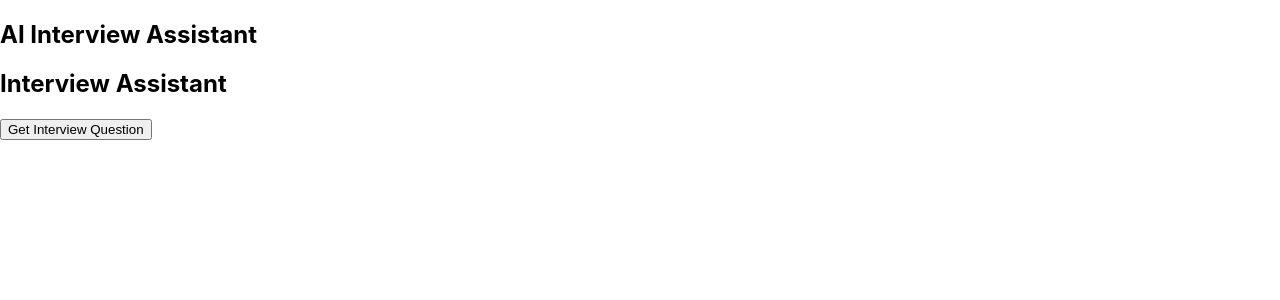
Repository: Atharva-1512/ai-interview-assistant
Page: / (app in frontend/)
The author's editor kept a copy of each file at every save. The page is drawn from the files as they stood at one save, then again after a run of saves.
The browser window is 1280 px wide. The pictures show the whole page.
The project was rebuilt for these pictures with package versions that can differ from the ones it lists, and the page was loaded fresh each time.

Above is the page before, as saved 2026-03-11 03:34:28.

After the next 3 saves:
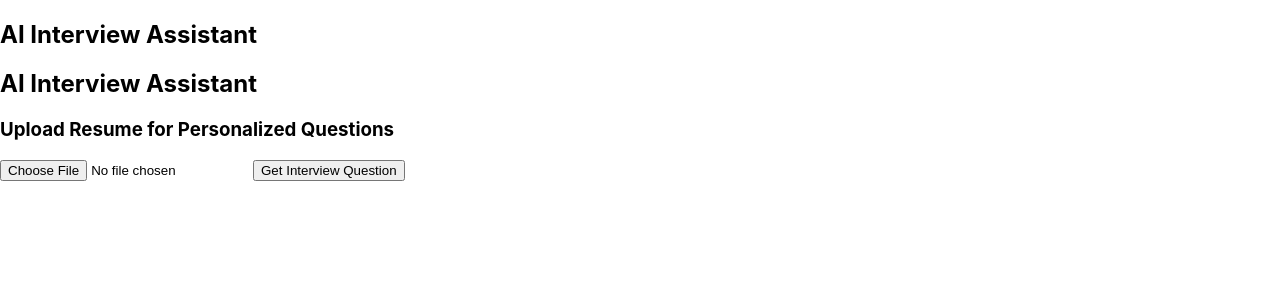
The 3 saves are shown as one change because 2 did not build or start.
The last was saved 4 min 5 s later.
--- a/frontend/src/pages/Interview.js
+++ b/frontend/src/pages/Interview.js
@@ -24,44 +24,36 @@ function Interview() {
 )}
 
   return (
-    <div>
+  <div>
 
-      <h2>Interview Assistant</h2>
+    <h2>AI Interview Assistant</h2>
 
-      <button onClick={fetchQuestion}>
-        Get Interview Question
-      </button>
+    {/* Resume Upload */}
+    <h3>Upload Resume for Personalized Questions</h3>
+    <input type="file" onChange={uploadResume} />
 
-      {question && (
-        <div style={{ marginTop: "20px" }}>
-          <h3>Question:</h3>
-          <p>{question}</p>
+    {resumeQuestion && (
+      <div>
+        <h3>Resume Based Question</h3>
+        <p>{resumeQuestion}</p>
+      </div>
+    )}
 
-          <textarea
-            rows="4"
-            cols="50"
-            placeholder="Type your answer..."
-            value={answer}
-            onChange={(e) => setAnswer(e.target.value)}
-          />
+    {/* Generate Question */}
+    <button onClick={fetchQuestion}>
+      Get Interview Question
+    </button>
 
-          <br />
+    {/* Question + Answer */}
+    {question && (
+      <div>
+        <h3>Interview Question</h3>
+        <p>{question}</p>
+      </div>
+    )}
 
-          <button onClick={submitAnswer}>
-            Submit Answer
-          </button>
-        </div>
-      )}
-
-      {feedback && (
-        <div style={{ marginTop: "20px" }}>
-          <h3>AI Feedback</h3>
-          <p>{feedback}</p>
-        </div>
-      )}
-
-    </div>
-  );
+  </div>
+);
 }
 
 export default Interview;
